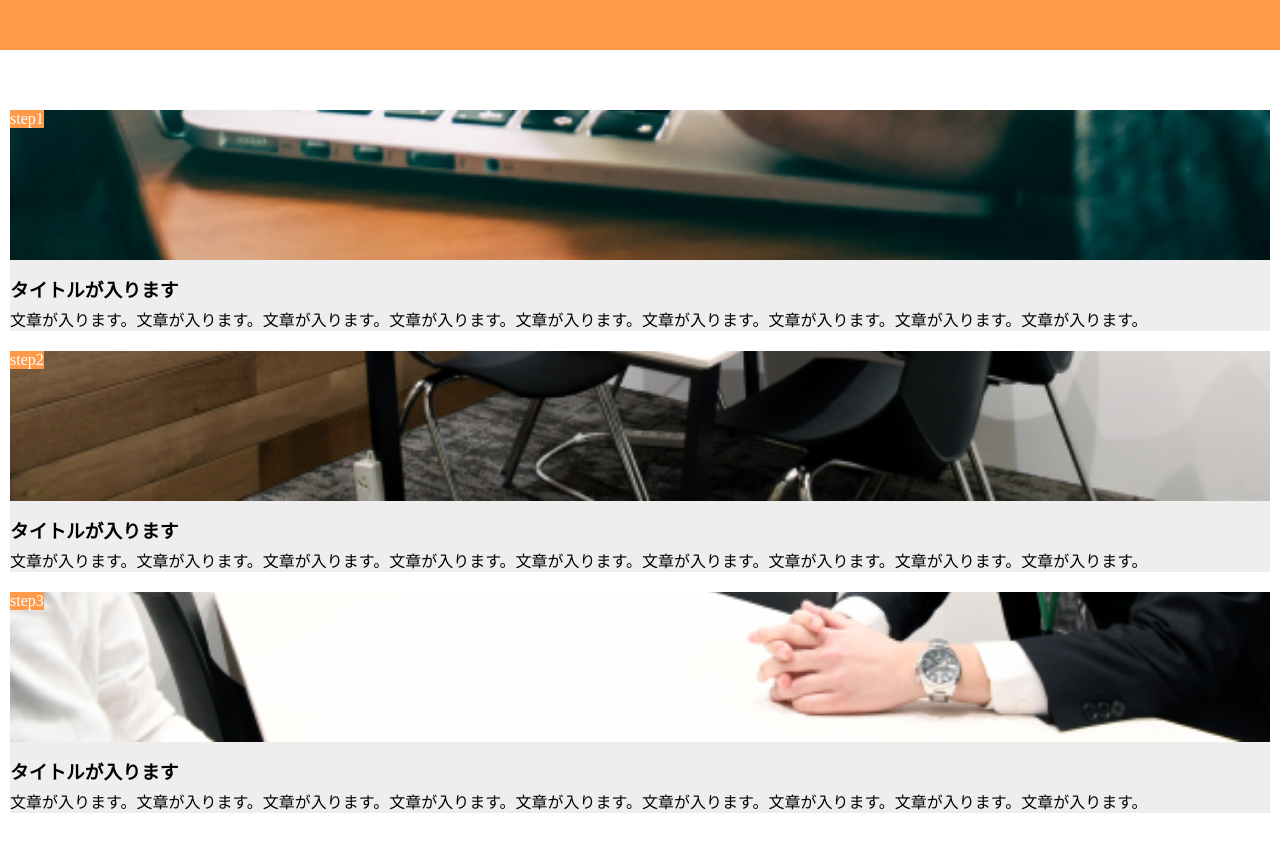
Repository: tttstk518/git-practice
Page: test/chapter9_answer/index.html
The author's editor kept a record of every edit. The page is drawn from the files as they stood at one moment, then again after the next edit.
The browser window is 1280 px wide. The pictures show the whole page.

Above is the page before.

After the next edit:
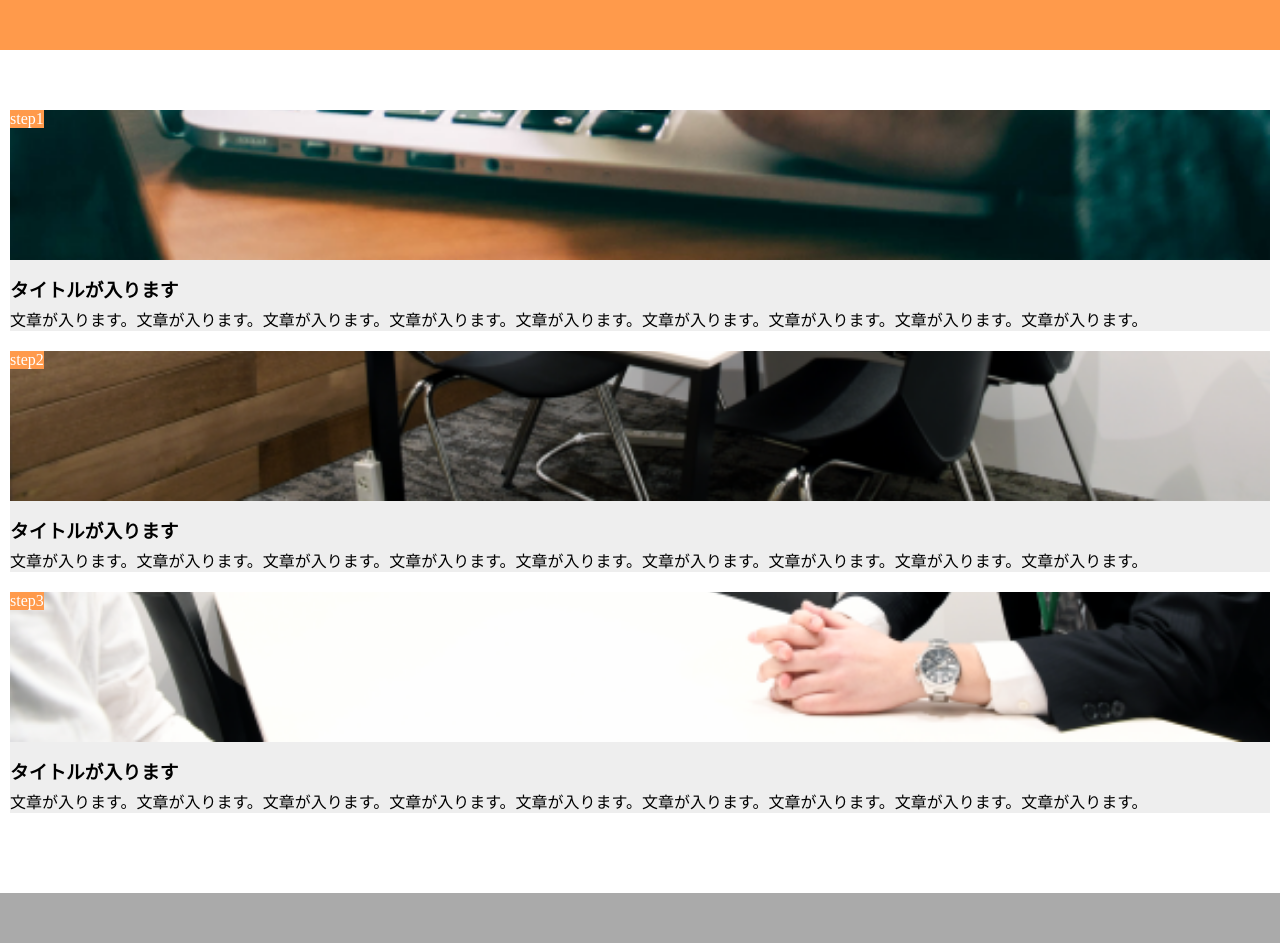
The edit:
--- a/test/chapter9_answer/index.html
+++ b/test/chapter9_answer/index.html
@@ -46,6 +46,6 @@
       </div>
     </main>
 
-    <div class="footer"></div>
+    <footer></footer>
   </body>
 </html>
